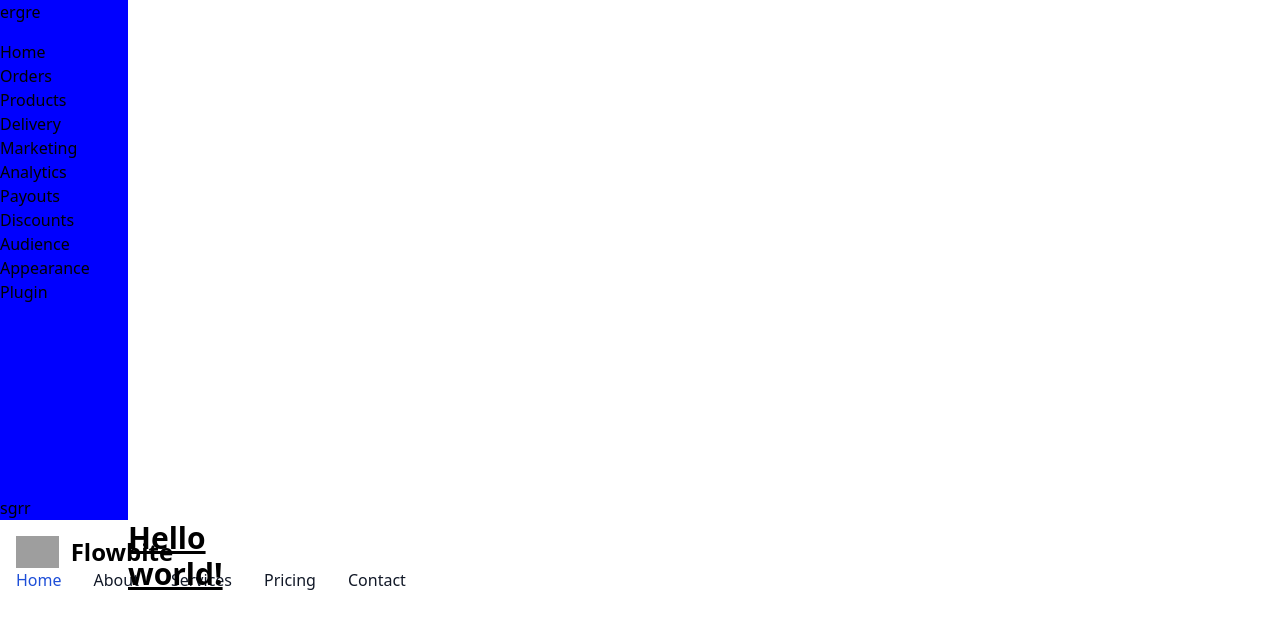
Repository: Yh010/dukaanDashboard
Page: /
The author's editor kept a copy of each file at every save. The page is drawn from the files as they stood at one save, then again after the next save.
The browser window is 1280 px wide. The pictures show the whole page.
Pictures or frames that could not be fetched are drawn as grey boxes. The project was rebuilt for these pictures with package versions that can differ from the ones it lists, and the page was loaded fresh each time. Also part of the build but not shown: vite.config.js, src/App.css.

Above is the page before, as saved 2024-01-21 15:00:22.

After the next save:
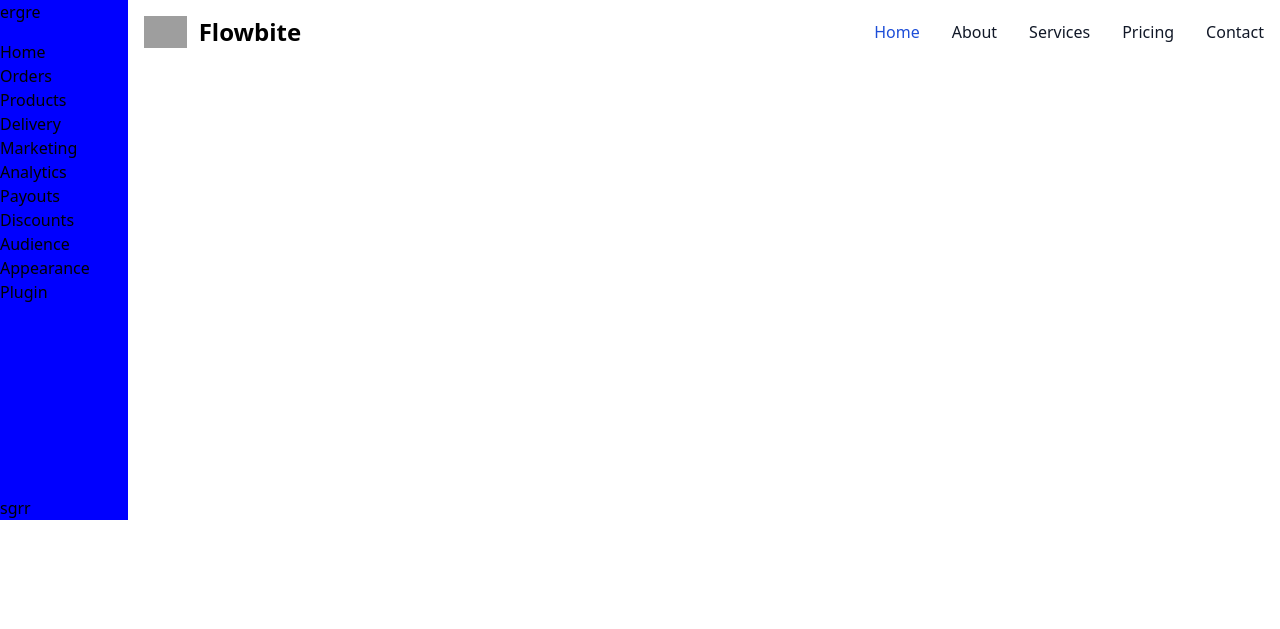
Saved 14 s later.
--- a/src/App.jsx
+++ b/src/App.jsx
@@ -16,12 +16,10 @@ function App() {
 
 
       <div className='col-span-9'>
+          <Navbar/>
+      </div>
 
-      </div>
-      <Navbar/>
-        <h1 className="text-3xl font-bold underline ">
-            Hello world!
-        </h1>
+
 
     </div>
 
